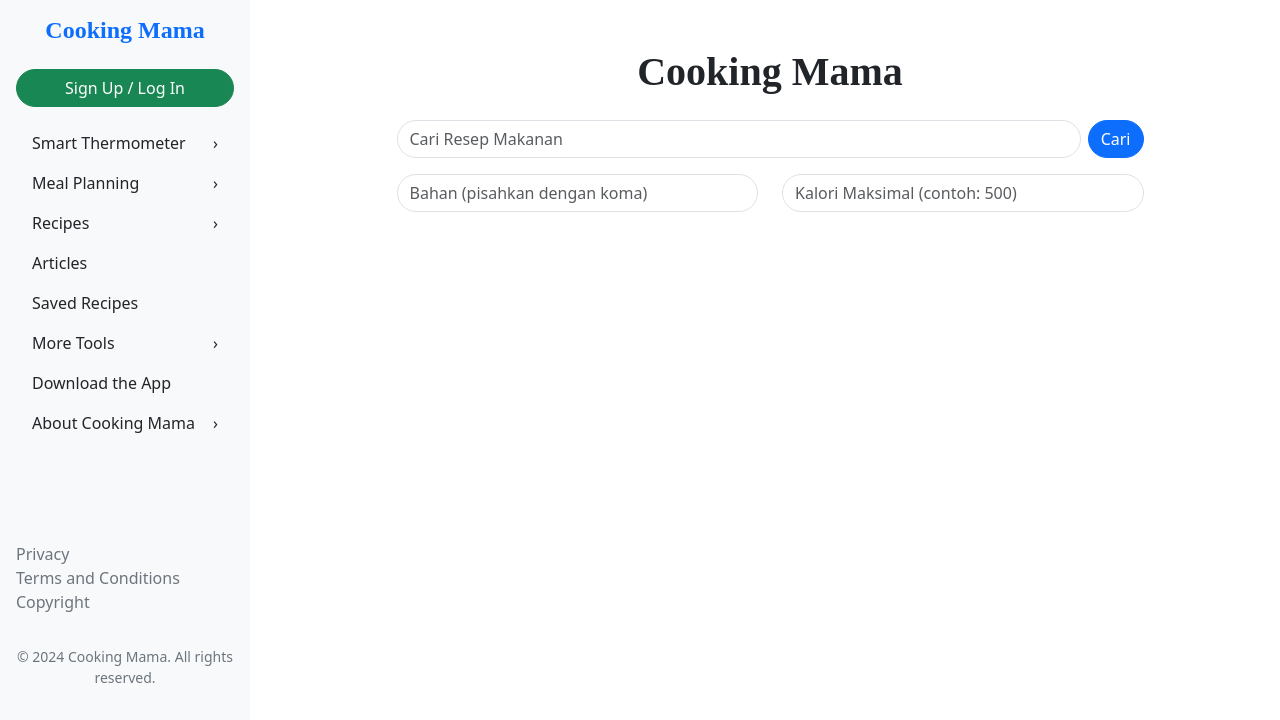
Repository: julius2510/UAS_Frontend_Kelompok10
Page: index.html
The author's editor kept a copy of each file at every save. The page is drawn from the files as they stood at one save, then again after the next save.
The browser window is 1280 px wide. The pictures show the whole page.
Some icons come from a web library that is not loaded, so they are not drawn.

Above is the page before, as saved 2024-11-21 07:53:50.

After the next save:
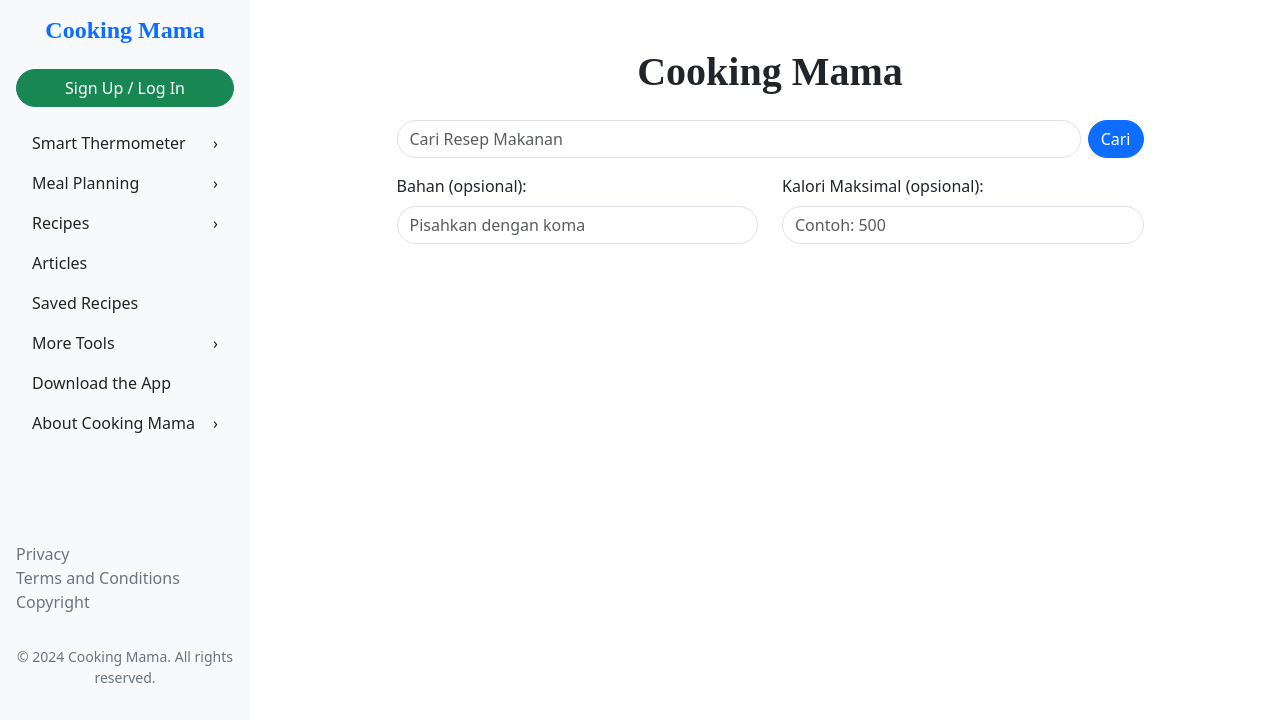
Saved 22 s later.
--- a/index.html
+++ b/index.html
@@ -112,22 +112,24 @@
       </div>
     </nav>
 
-  <!-- Main Content -->
+<!-- Main Content -->
 <div class="container mt-5" style="margin-left: 260px;">
   <h1 class="text-center mb-4 fs-1 fw-bold" style="font-family: cursive;">Cooking Mama</h1>
   <div class="d-flex justify-content-center">
     <form id="searchForm" class="d-flex flex-column w-75">
       <div class="input-group mb-3">
-        <input type="text" id="query" class="form-control me-2 rounded-pill" placeholder="Cari Resep Makanan" required>
+        <input type="text" id="query" class="form-control me-2 rounded-pill" placeholder="Cari Resep Makanan">
         <button type="submit" class="btn btn-primary rounded-pill">Cari</button>
       </div>
       <!-- Filter options -->
       <div class="row mb-3">
         <div class="col-md-6">
-          <input type="text" id="ingredients" class="form-control rounded-pill" placeholder="Bahan (pisahkan dengan koma)">
+          <label for="ingredients" class="form-label">Bahan (opsional):</label>
+          <input type="text" id="ingredients" class="form-control rounded-pill" placeholder="Pisahkan dengan koma">
         </div>
         <div class="col-md-6">
-          <input type="number" id="maxCalories" class="form-control rounded-pill" placeholder="Kalori Maksimal (contoh: 500)">
+          <label for="maxCalories" class="form-label">Kalori Maksimal (opsional):</label>
+          <input type="number" id="maxCalories" class="form-control rounded-pill" placeholder="Contoh: 500">
         </div>
       </div>
     </form>
@@ -137,6 +139,7 @@
 </div>
 
 
+
   <script src="script.js"></script>
   <script src="https://cdn.jsdelivr.net/npm/bootstrap@5.3.0/dist/js/bootstrap.bundle.min.js"></script>
   <script src="https://cdn.jsdelivr.net/npm/bootstrap-icons/font/bootstrap-icons.js"></script>
